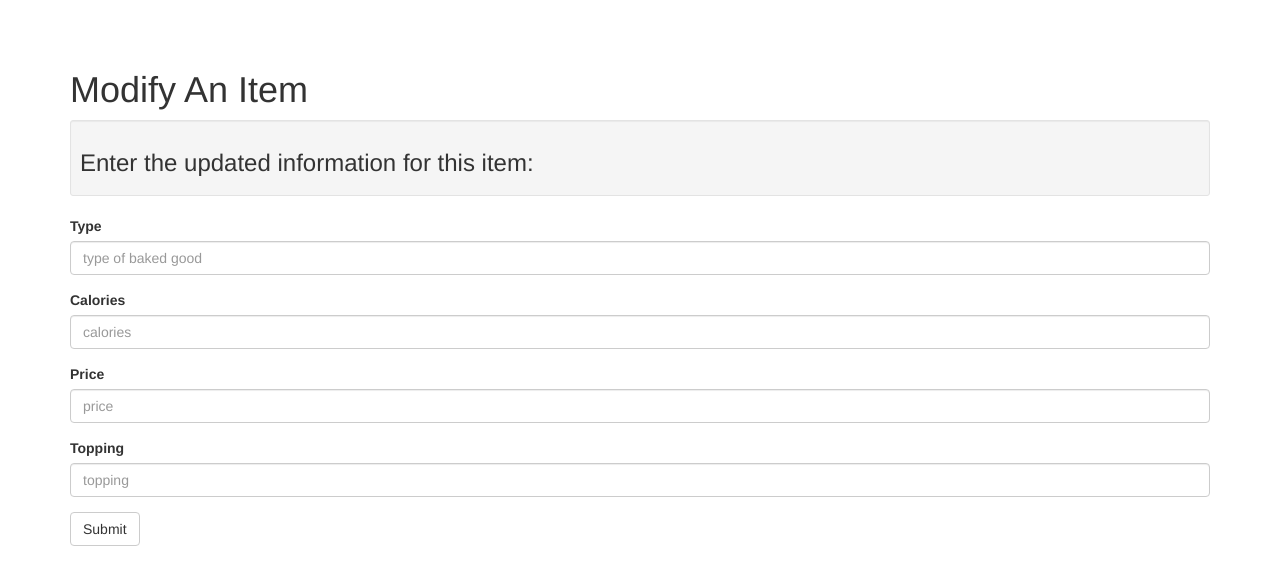
Repository: BillKratzIII/week5Project
Page: http://localhost/bakery/updateDB.jsp
These files come from the project's save history. The page is drawn as it stood at one moment and after the next save; the edit follows.
The browser window is 1280 px wide. The pictures show the whole page.
The page is served by Tomcat 9.

Above is the page before, as saved 2016-09-02 18:13:26.

After the next save:
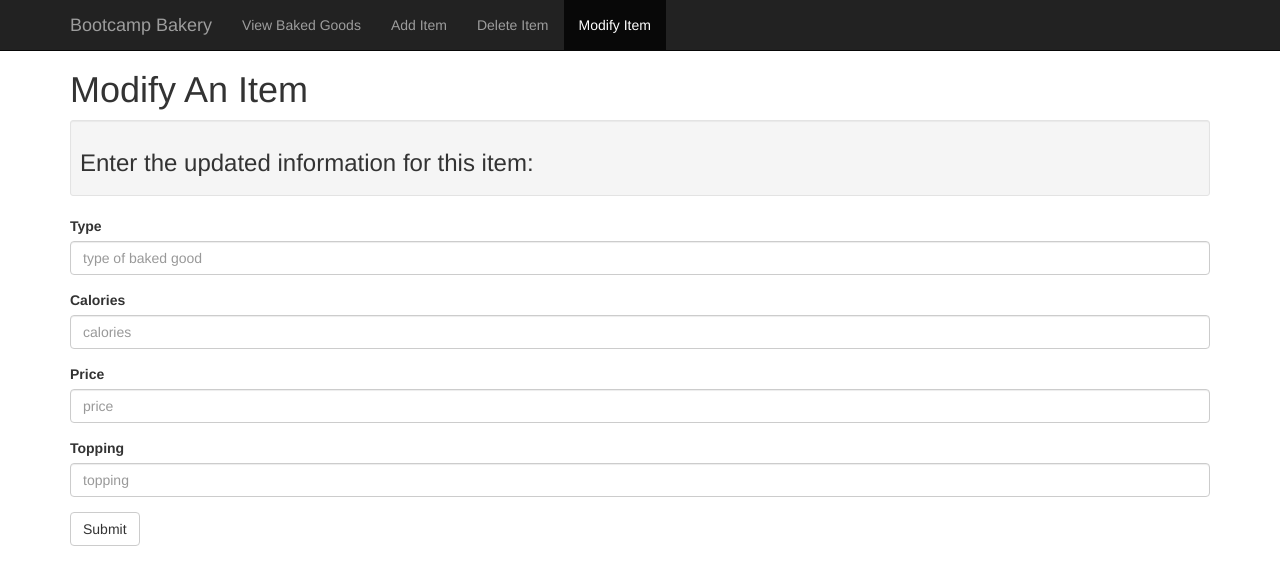
Saved 109 s later.
--- a/bakery/src/main/webapp/updateDB.jsp
+++ b/bakery/src/main/webapp/updateDB.jsp
@@ -26,6 +26,33 @@
 <title>MODIFY ITEM</title>
 </head>
 <body>
+	<!-- Navigation -->
+	<nav class="navbar navbar-inverse navbar-fixed-top" role="navigation">
+	<div class="container">
+		<!-- Brand and toggle get grouped for better mobile display -->
+		<div class="navbar-header">
+			<button type="button" class="navbar-toggle" data-toggle="collapse"
+				data-target="#bs-example-navbar-collapse-1">
+				<span class="sr-only">Toggle navigation</span> <span
+					class="icon-bar"></span> <span class="icon-bar"></span> <span
+					class="icon-bar"></span>
+			</button>
+			<a class="navbar-brand" href="index.html">Bootcamp Bakery</a>
+		</div>
+		<!-- Collect the nav links, forms, and other content for toggling -->
+		<div class="collapse navbar-collapse"
+			id="bs-example-navbar-collapse-1">
+			<ul class="nav navbar-nav">
+				<li><a href="readDB.jsp">View Baked Goods</a></li>
+				<li><a href="addToDB.html">Add Item</a></li>
+				<li><a href="deleteItem.jsp">Delete Item</a></li>
+				<li class="active"><a href="modifyItem.jsp">Modify Item</a></li>
+			</ul>
+		</div>
+		<!-- /.navbar-collapse -->
+	</div>
+	<!-- /.container --> </nav>
+
 	<div class="container img-rounded" style="background-color: white;">
 		<h1>Modify An Item</h1>
 		<form action="updateItem" method="post">
@@ -54,5 +81,10 @@
 			<p></p>
 		</form>
 	</div>
+	<!-- jQuery -->
+	<script src="js/jquery.js"></script>
+
+	<!-- Bootstrap Core JavaScript -->
+	<script src="js/bootstrap.min.js"></script>
 </body>
 </html>
